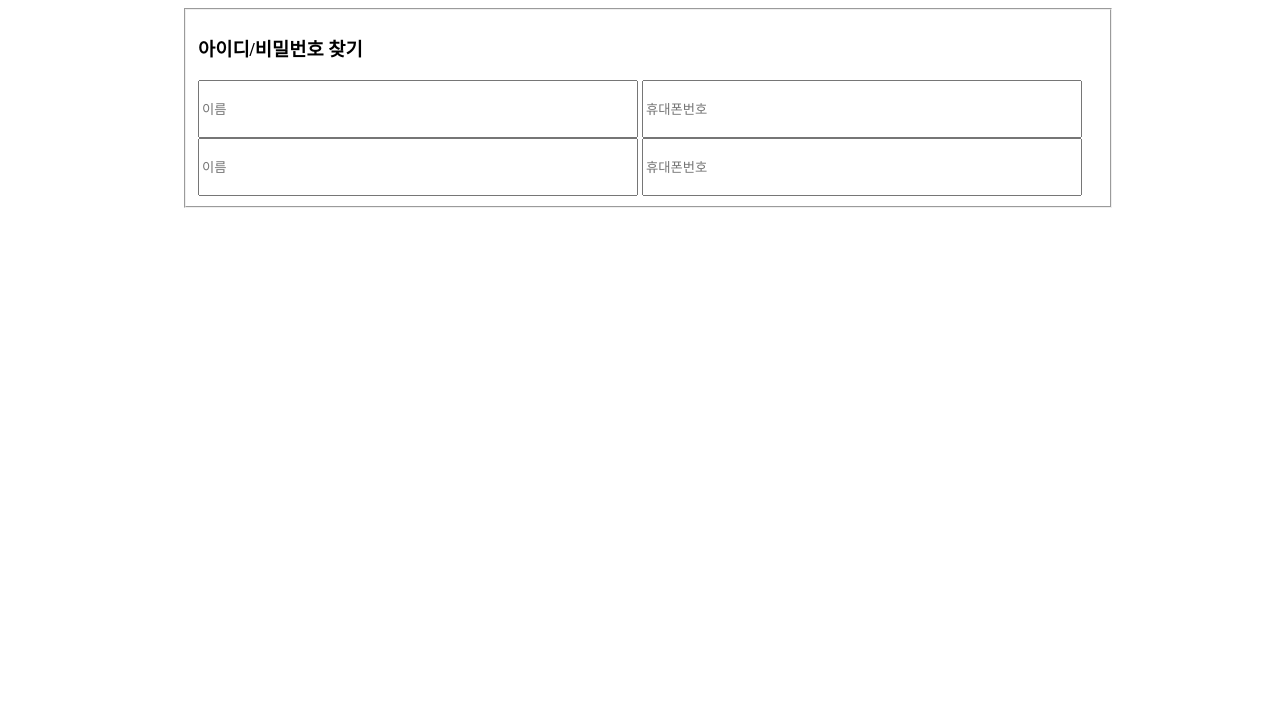
Repository: agheha/trillion
Page: YH/study_project/html/find.html
These files come from the project's save history. The page is drawn as it stood at one moment and after a run of saves; the edit follows.
The browser window is 1280 px wide. The page is 1288 px wide, so the pictures cover 1288 px, including what lies to the right of the window. The pictures show the whole page.

Above is the page before, as saved 2019-09-04 18:10:51.

After the next 2 saves:
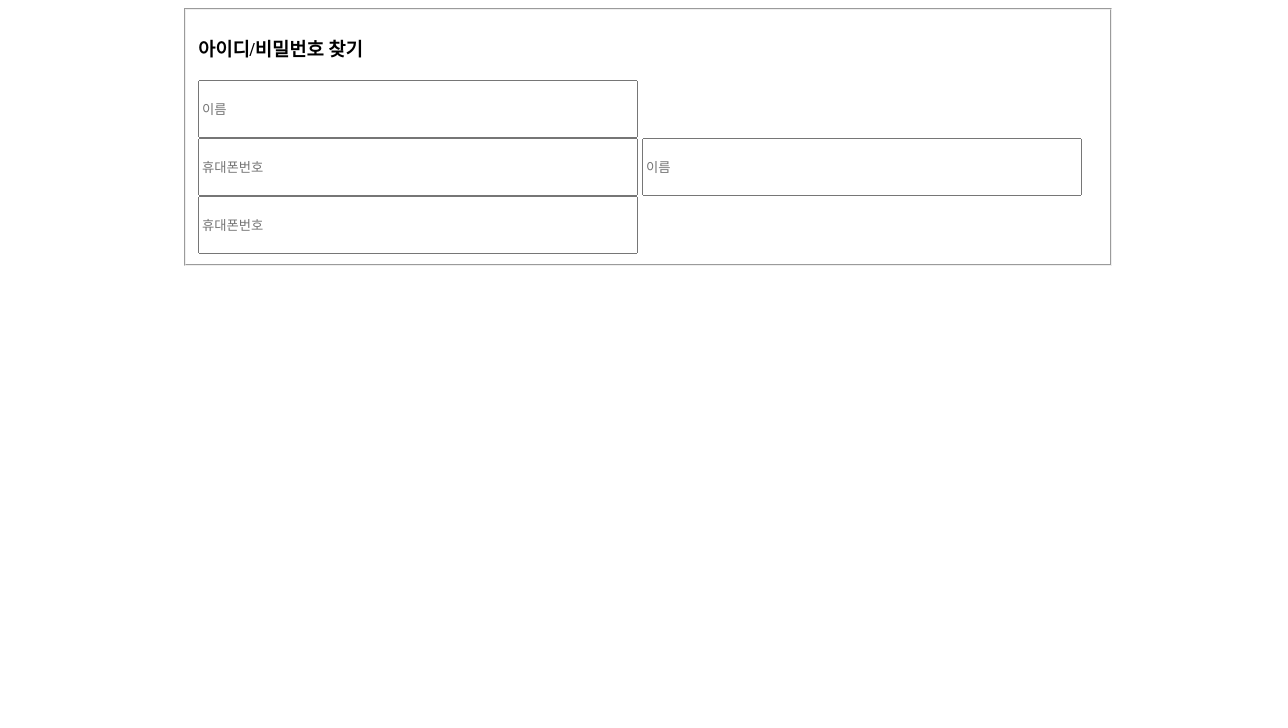
The 2 saves are shown as one change because they came seconds apart.
The last was saved 12 min 59 s later.
--- a/YH/study_project/html/find.html
+++ b/YH/study_project/html/find.html
@@ -15,6 +15,8 @@
                     <div class="row"></div>
                     <span>
                         <input class="form_find"type="text" id="name" placeholder="이름">
+                        <div
+                        ></div>
                         <input class="form_find"type="text" id="pass" placeholder="휴대폰번호">
                     </span>
                     <span>
